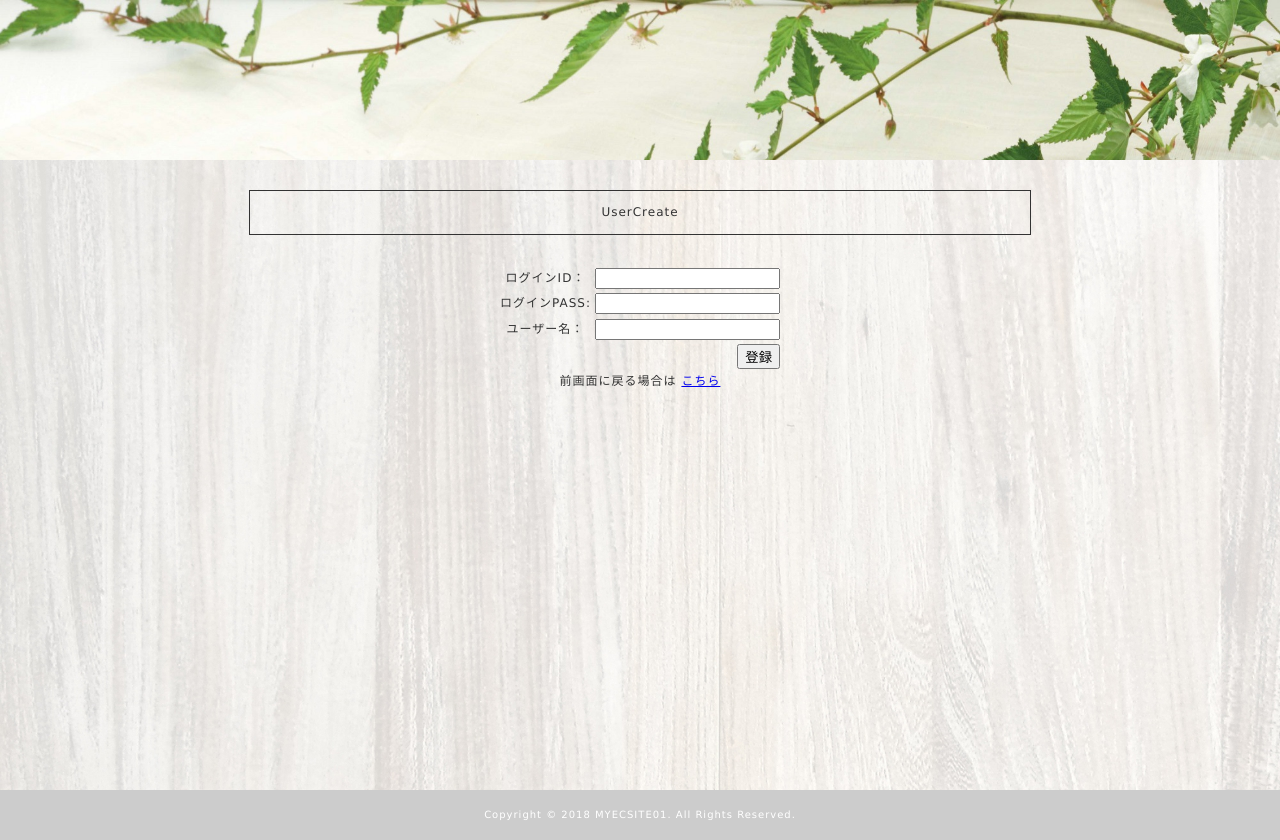
Repository: hiranatsu/ECtest
Page: http://localhost/myecsite01/UserCreateAction.action
These files come from the project's save history. The page is drawn as it stood at one moment and after the next save; the edit follows.
The browser window is 1280 px wide. The pictures show the whole page.
The page is served by Tomcat 9.

Above is the page before, as saved 2018-09-21 06:25:32.

After the next save:
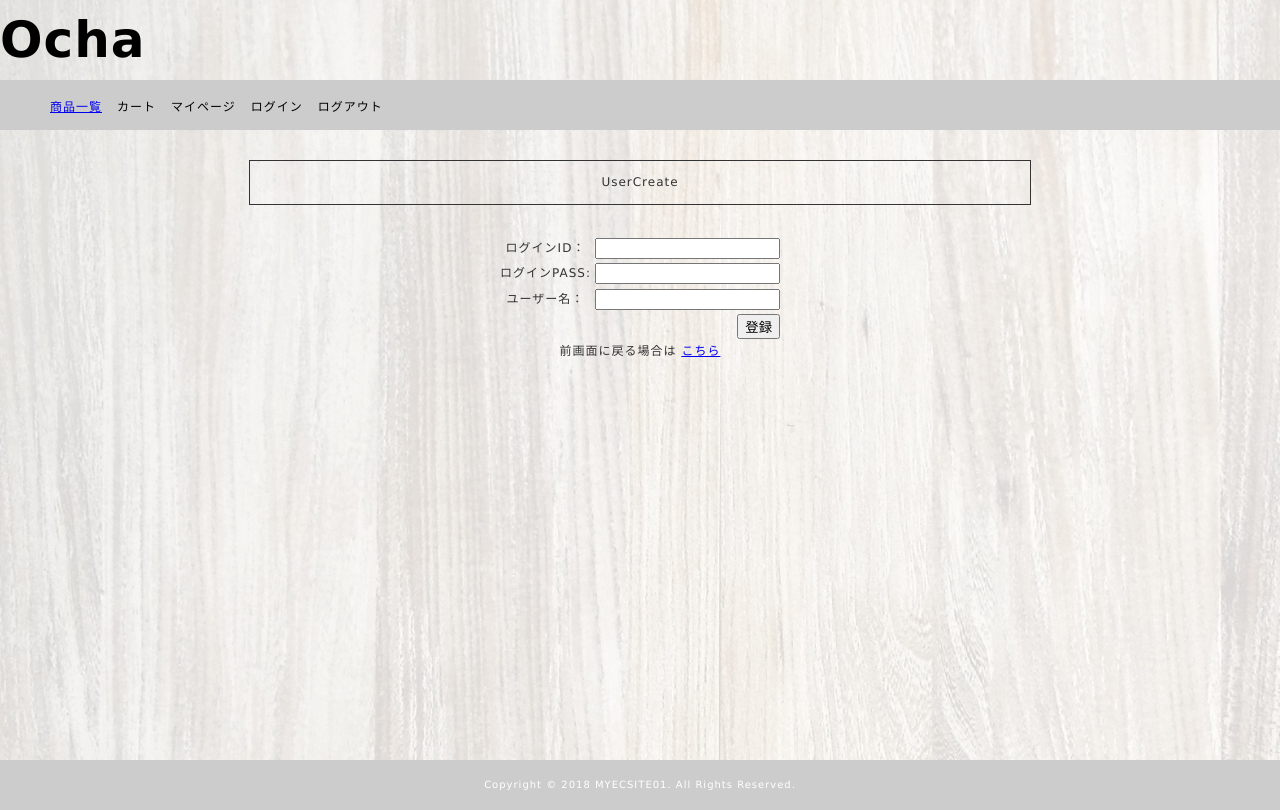
Saved 6 min 13 s later.
--- a/myecsite01/WebContent/userCreate.jsp
+++ b/myecsite01/WebContent/userCreate.jsp
@@ -33,15 +33,26 @@
 	width:780px;
 	margin:30px auto;
 	border:1px solid #333;
+
 	}
 
 	#header{
-	height:100px;
-	padding:30px;
-	background-image:url("ocha.jpg");
-	background-size:cover;
-	text-align:center;
+	height:30px;
+	padding:10px;
+	background-color:#CCCCCC;
+	}
 
+	#header ul{
+	float:left;
+	line-height:10px;
+	}
+
+	#header ul li{
+	float:left;
+	list-style:none;
+	font-size:12px;
+	color:black;
+	padding-right:15px;
 	}
 
 	#main{
@@ -65,7 +76,16 @@
 </head>
 <body>
 
+			<h1 STYLE="color:black; margin:0 auto; font-size:50px;">Ocha</h1>
 	<div id="header">
+
+			<ul>
+				<li><a href='<s:url action="HomeAction"/>'>商品一覧</a></li>
+				<li>カート</li>
+				<li>マイページ</li>
+				<li>ログイン</li>
+				<li>ログアウト</li>
+			</ul>
 		<div id="pr">
 		</div>
 	</div>
